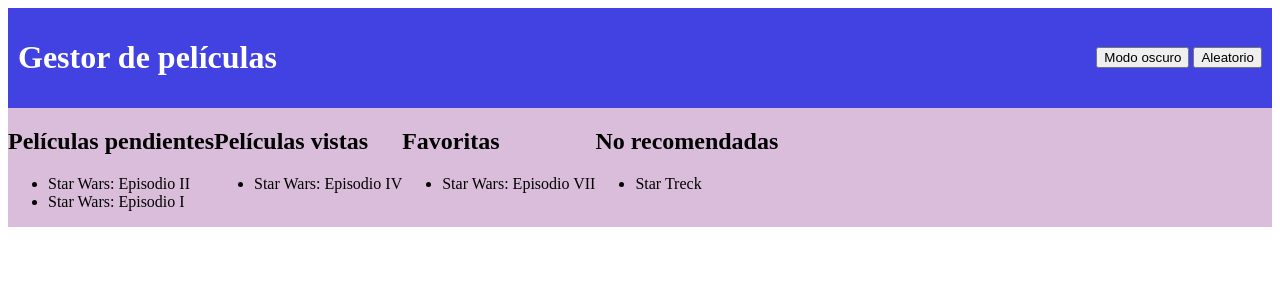
Repository: alvarobarasona/DAW_2
Page: DIW/EXAMEN_SEGUNDA_EV/public/index.html
An editor plug-in stored every save of this project. The page is shown before and after the next save, followed by the edit.
The browser window is 1280 px wide. The pictures show the whole page.
The style sheet was rebuilt from its Sass, Less or Tailwind sources for each picture, by a compiler version that may differ from the author's.

Above is the page before, as saved 2024-03-04 17:17:07.

### DIW/EXAMEN_SEGUNDA_EV/public/index.html
<!DOCTYPE html>
<html lang="es">
    <head>
        <meta charset="UTF-8">
        <meta name="viewport" content="width=device-width, initial-scale=1.0">
        <title>Gestor de películas</title>
        <link rel="stylesheet" href="./css/style.css">
    </head>
    <body>
        <header>
            <h1>Gestor de películas</h1>
            <div>
                <button>Modo oscuro</button>
                <button>Aleatorio</button>
            </div>
        </header>
        <main>
            <div class="movies-column">
                <div class="movies-header">
                    <h2>Películas pendientes</h2>
                </div>
                <div class="movies-container">
                    <ul>
                        <li>Star Wars: Episodio II</li>
                        <li>Star Wars: Episodio I</li>
                    </ul>
                </div>
            </div>
            <div class="movies-column">
                <div class="movies-header">
                    <h2>Películas vistas</h2>
                </div>
                <div class="movies-container">
                    <ul>
                        <li>Star Wars: Episodio IV</li>
                    </ul>
                </div>
            </div>
            <div class="movies-column">
                <div class="movies-header">
                    <h2>Favoritas</h2>
                </div>
                <div class="movies-container">
                    <ul>
                        <li>Star Wars: Episodio VII</li>
                    </ul>
                </div>
            </div>
            <div class="movies-column">
                <div class="movies-header">
                    <h2>No recomendadas</h2>
                </div>
                <div class="movies-container">
                    <ul>
                        <li>Star Treck</li>
                    </ul>
                </div>
            </div>
        </main>
    </body>
</html>

### DIW/EXAMEN_SEGUNDA_EV/public/scss/style.scss
@import "abstracts/mixins";
@import "abstracts/variables";

header {
    @include aparience(row, $header_color, $header_font_color);
    justify-content: space-between;
    align-items: center;
    padding: 10px;
}

main {
    @include aparience(row, $main_bgc, $movies_font_color);
}

.movies-column {

}

### DIW/EXAMEN_SEGUNDA_EV/public/scss/abstracts/_mixins.scss
@mixin flex_display($display_option) {
    display: flex;
    flex-direction: $display_option;
}

@mixin aparience($display_option, $background_color, $font_color) {
    @include flex_display($display_option);
    background-color: $background_color;
    color: $font_color;
}

### DIW/EXAMEN_SEGUNDA_EV/public/scss/abstracts/_variables.scss
//Colores de la web
$header_color: rgb(66, 66, 226);
$header_font_color: white;
$buttons_bgc: rgb(139, 26, 139);
$main_bgc: rgb(217, 189, 218);
$pendient_movies: rgb(211, 46, 170);
$show_movies: rgb(248, 214, 21);
$favourites_movies: green;
$no_recomendated_movies: rgb(89, 48, 238);
$movies_font_color: black;

//Tamaño de fuentes de la web
$header_title_size: 40px;
$buttons_font_size: 8px;
$header_movie_title_size: 12px;
$movie_text_size: 10px;

After the next save:
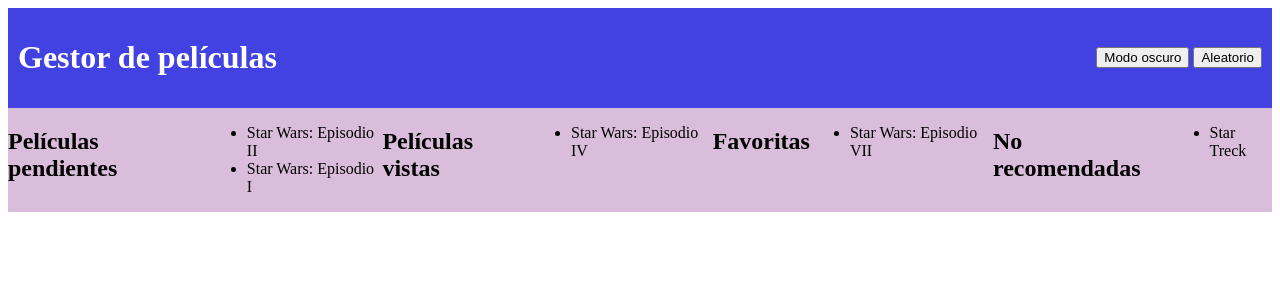
Saved 8 s later.
--- a/DIW/EXAMEN_SEGUNDA_EV/public/scss/style.scss
+++ b/DIW/EXAMEN_SEGUNDA_EV/public/scss/style.scss
@@ -13,5 +13,5 @@ main {
 }
 
 .movies-column {
-
+    @include aparience(row, $main_bgc, $movies_font_color);
 }
